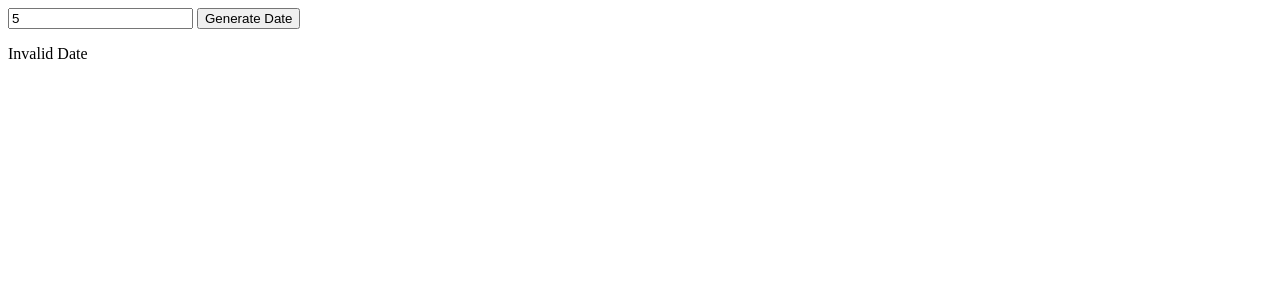
Repository: jfjadloc/jfjadloc.github.io
Page: Timestamp/index.html
These files come from the project's save history. The page is drawn as it stood at one moment and after the next save; the edit follows.
The browser window is 1280 px wide. The pictures show the whole page.
Empty fields were first filled with sample values (such as "Sample", 5 or name@example.com).
After loading, the first visible `#myBtn` was clicked once.

Above is the page before, as saved 2022-02-27 20:51:34.

After the next save:
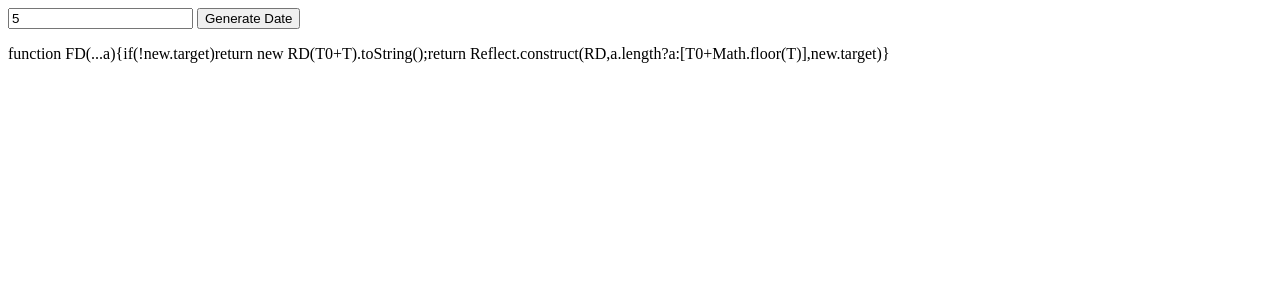
Saved 13 s later.
--- a/Timestamp/index.html
+++ b/Timestamp/index.html
@@ -10,7 +10,7 @@
 
         function displayDate() {
             var ST = Date.toString(document.getElementById("date_input").innerHTML);
-            document.getElementById("answer").innerHTML = new Date(ST);
+            document.getElementById("answer").innerHTML = ST;
         }
     </script>
 </head>

After the 3 saves that followed:
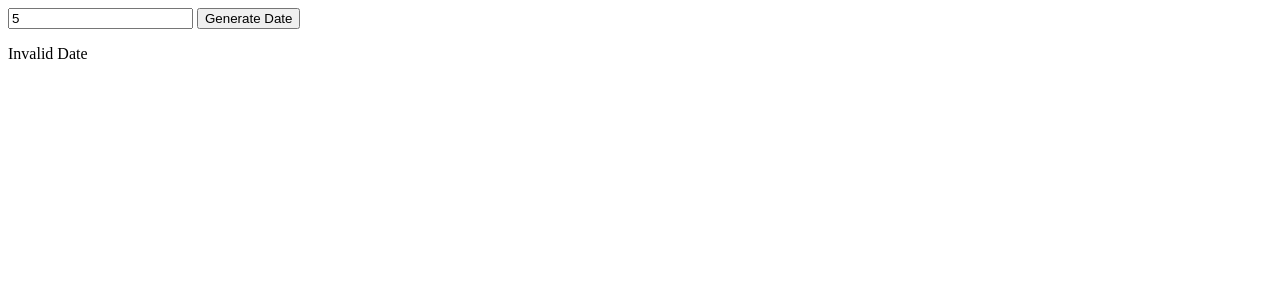
The 3 saves are shown as one change because 1 left the picture as it was and some came seconds apart.
The last was saved 39 s later.
--- a/Timestamp/index.html
+++ b/Timestamp/index.html
@@ -5,14 +5,6 @@
     <meta http-equiv="X-UA-Compatible" content="IE=edge">
     <meta name="viewport" content="width=device-width, initial-scale=1.0">
     <title>Time Stamp Generator</title>
-
-    <script>
-
-        function displayDate() {
-            var ST = Date.toString(document.getElementById("date_input").innerHTML);
-            document.getElementById("answer").innerHTML = ST;
-        }
-    </script>
 </head>
 <body>
     <input type="number" name="date_input" id="date_input">
@@ -20,4 +12,12 @@
 
     <p id="answer"></p>
 </body>
+
+<script>
+    function displayDate() {
+        var ST = document.getElementById("date_input").innerHTML;
+        document.getElementById("answer").innerHTML = new Date(document.getElementById("date_input").innerHTML);
+    }
+</script>
+
 </html>
